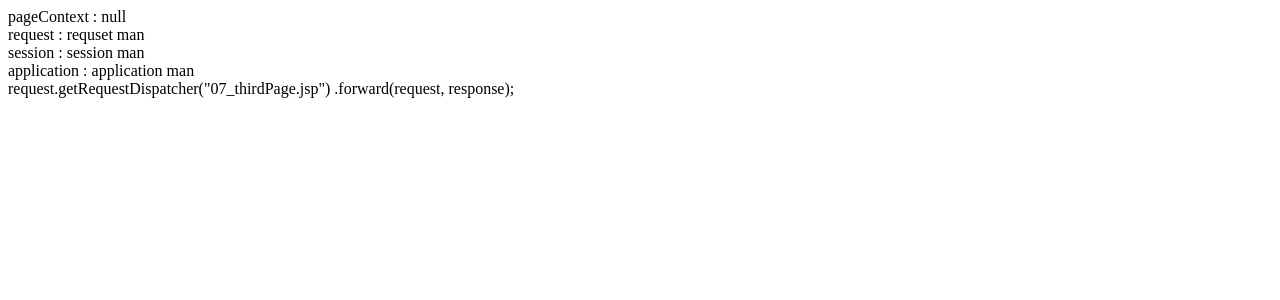
Repository: sinaboro/Jsp_202403
Page: http://localhost/web-study-04/07_firstPage.jsp
An editor plug-in stored every save of this project. The page is shown before and after the next save, followed by the edit.
The browser window is 1280 px wide. The pictures show the whole page.
The page is served by Tomcat 9.

Above is the page before, as saved 2024-03-04 02:59:22.

After the next save:
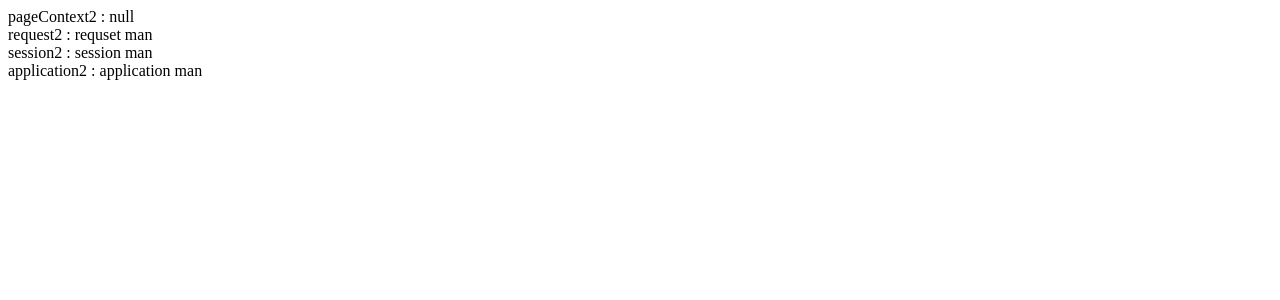
Saved 39 s later.
--- a/web-study-04/src/main/webapp/07_secondPage.jsp
+++ b/web-study-04/src/main/webapp/07_secondPage.jsp
@@ -16,8 +16,10 @@
 	application : <%=application.getAttribute("name") %><br>
 
 	<!-- <a href="07_thirdPage.jsp" >서드페이지</a> -->
+	<%
 	request.getRequestDispatcher("07_thirdPage.jsp")
 		.forward(request, response);
+	%>
 
 </body>
 </html>
